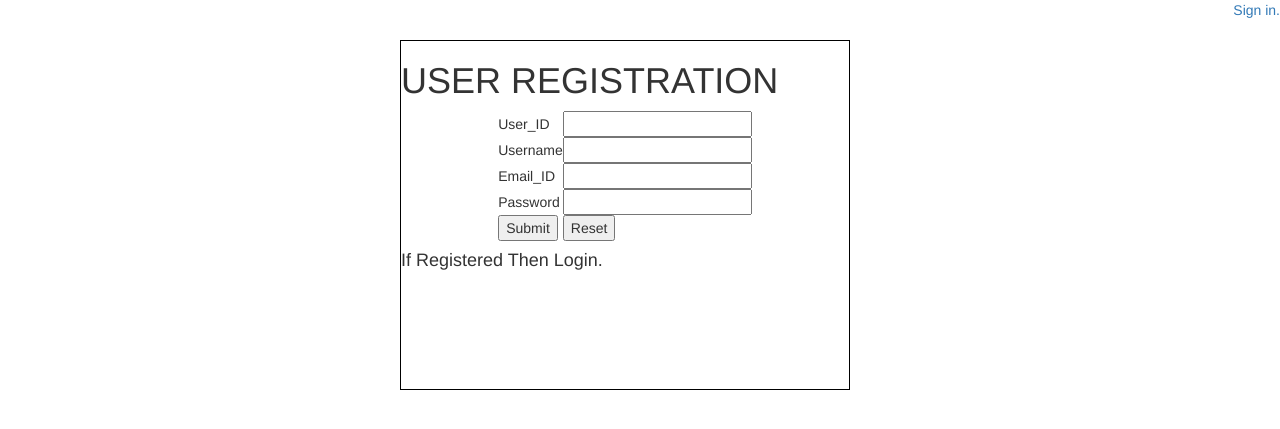
Repository: sunil965/JDBC-Servlet-JSP
Page: http://localhost/JspRegistrationTask/
These files come from the project's save history. The page is drawn as it stood at one moment and after the next save; the edit follows.
The browser window is 1280 px wide. The pictures show the whole page.
The page is served by Tomcat 9. Other server files are loaded and not shown.

Above is the page before, as saved 2017-05-03 11:12:35.

### JspRegistrationTask/WebContent/index.jsp
<%@ page language="java" contentType="text/html; charset=UTF-8"
    pageEncoding="UTF-8"%>
<!DOCTYPE html PUBLIC "-//W3C//DTD HTML 4.01 Transitional//EN" "http://www.w3.org/TR/html4/loose.dtd">
<html>
<head>
<meta http-equiv="Content-Type" content="text/html; charset=UTF-8">
<title>Index</title>
<link rel="stylesheet" href="https://maxcdn.bootstrapcdn.com/bootstrap/3.3.7/css/bootstrap.min.css" >
<script>
function validateform(){
var name=document.myform.name.value;
var uid = document.myform.uid.value;
var password=document.myform.password.value;

if (name==null || name==""){
  alert("Name can't be blank");
  return false;
}else if(password==null||password==""||password.length<6){
  alert("Password must be at least 6 characters long.");
  return false;
  }
}
</script>
<style type="text/css">

.div{
border: 1px solid black;
width: 450px;
height: 500px;
align:center;
margin-left: 400px;
margin-top: 20px;

}

</style>
</head>
<body>
<div align="right">
<a href="userlogin.jsp">Sign in.</a>
</div>
<div class="div" style="height: 350px; ">
<h1>USER REGISTRATION</h1>
	<form name="myform" action="userreg" method="post">
	<table align="center">
	<tr>
	<td>User_ID</td>
	<td><input type="text" name="uid"></td>
	</tr>
	<tr>
	<td>Username</td>
	<td><input type="text" name="user"></td>
	</tr>
	<tr>
	<td>Email_ID</td>
	<td><input type="text" name="mail"></td>
	</tr>
	<tr>
	<td>Password</td>
	<td><input type="password" name="pwd"></td>
	</tr>
	<tr>
	<td><input type="submit" ></td><!-- class="btn btn-sm btn-success" -->
	<td><input type="reset"></td>
	</tr>
	</table>

	</form>
	<h4>If Registered Then Login.</h4>
</div>
</html>

After the next save:
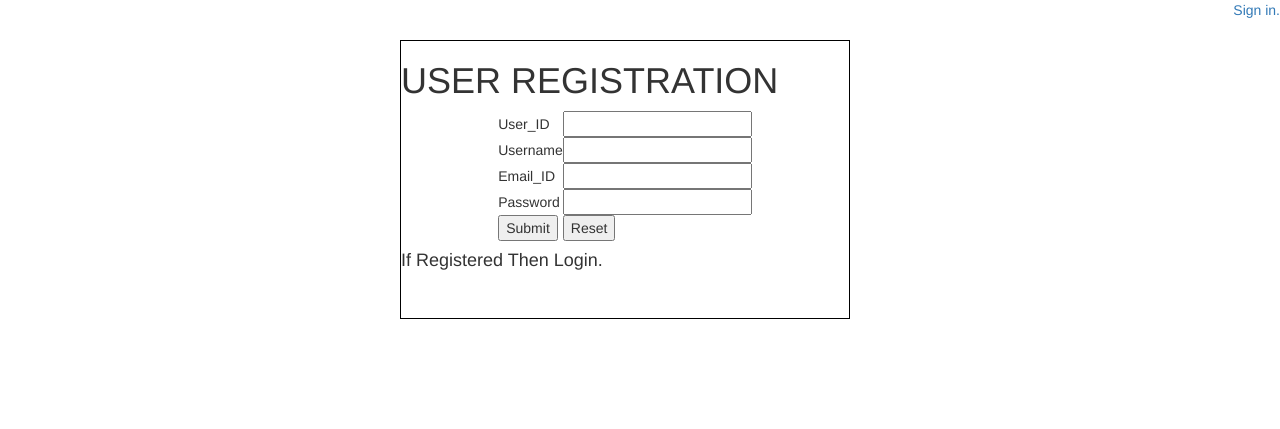
Saved 10 s later.
--- a/JspRegistrationTask/WebContent/index.jsp
+++ b/JspRegistrationTask/WebContent/index.jsp
@@ -39,7 +39,7 @@ margin-top: 20px;
 <div align="right">
 <a href="userlogin.jsp">Sign in.</a>
 </div>
-<div class="div" style="height: 350px; ">
+<div class="div" style="height: 279px; ">
 <h1>USER REGISTRATION</h1>
 	<form name="myform" action="userreg" method="post">
 	<table align="center">
